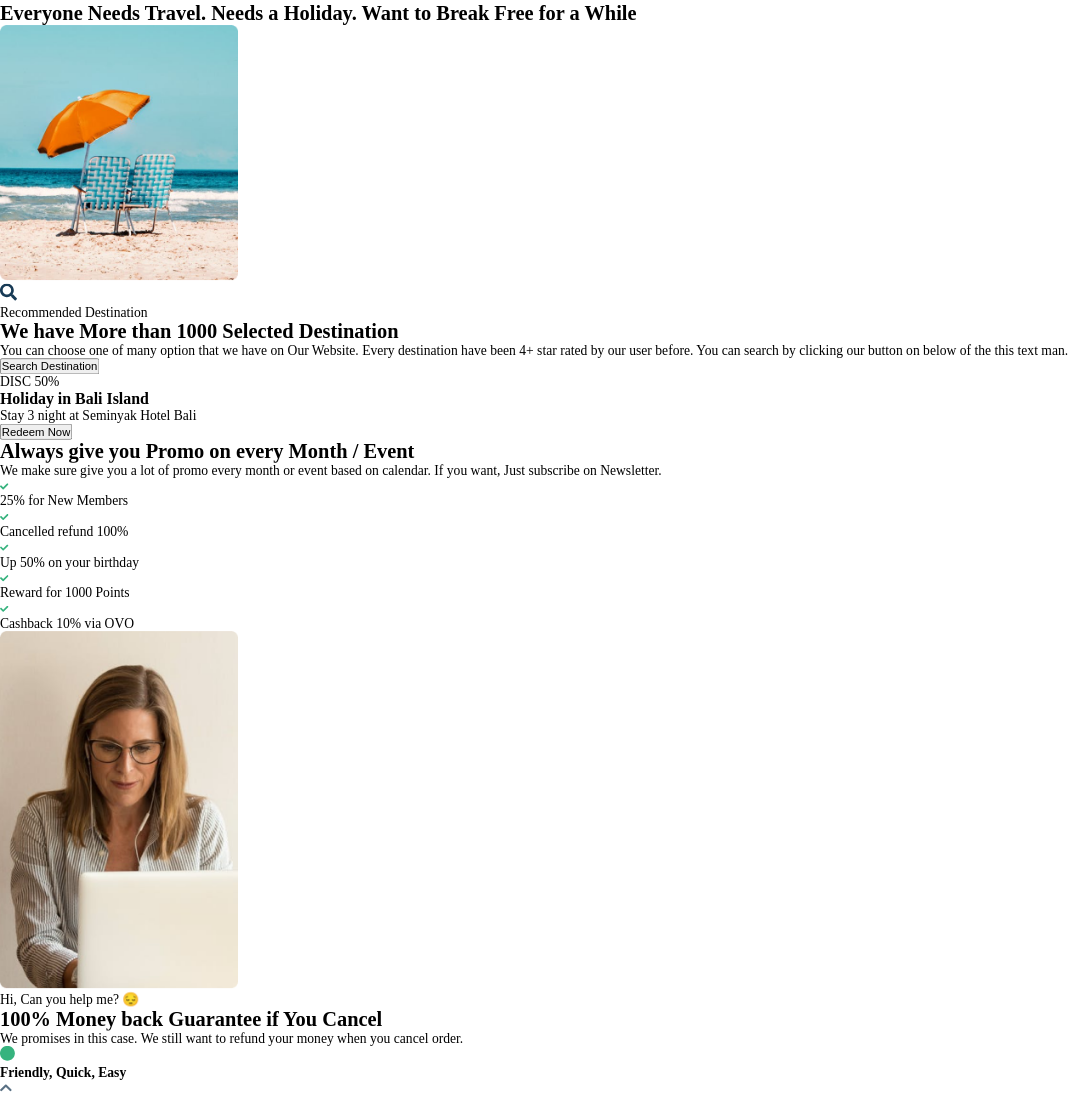
Repository: daviHmoraes/frontcomtailwind
Page: index.html
An editor plug-in stored every save of this project. The page is shown before and after the next save, followed by the edit.
The browser window is 1280 px wide. The pictures show the part of the page from y = 3904 to 5190 px (the page is 6351 px tall before and 6369 px after), at 85% of full size.
A picture or video elsewhere on the page could not be fetched, so the positions and the page height are approximate.

Above is the page before, as saved 2026-08-31 18:41:40.

### index.html
<!DOCTYPE html>
<html lang="en">
<head>
    <meta charset="UTF-8">
    <meta name="viewport" content="width=device-width, initial-scale=1.0">
    <title>Ehya - Home Page</title>
    <link rel="stylesheet" href="/css/style.css">
</head>
<body>

    <header>

        <section class="header">
            <img src="/img/Logo.svg" alt="Ehya Company Logo">
            <img src="/img/hamburguer-menu.svg" alt="Hamburguer menu Icon">
        </section>

        <section class="hero">

            <div class="hero-content">
                <h1>
                    Start Exploring to
                    Find Inner Peace
                    by Traveling
                </h1>

                <p>
                    Lost yourself with Vacation and
                    Travel into the place that you never
                    visit before. We have thousand
                    places in our database for you.
                </p>
            </div>

            <div class="form-card">

                <img src="/img/background-image.png" alt="Beach Background Image">

                <h2>
                    You can start search here
                </h2>

                <p>
                    Find thousand destination for travelling
                    with best prices. Apply “EHYA50” Code
                    on Payment Process.
                </p>

                <form>
                    <label for="where">Where</label><br>
                    <input type="text" id="where" name="where"><br>

                    <label for="checkin">Check In</label><br>
                    <input type="date" id="checkin" name="checkin"><br>

                    <label for="checkout">Check Out</label><br>
                    <input type="date" id="checkout" name="checkout"><br>

                    <label for="guests">Guests</label><br>
                    <input type="text" id="guests" name="guests"><br>

                    <input type="submit" id="submit">
                </form>
            </div>

            <img src="/img/circle.svg" alt="Circle Around the Arrow Icon">
            <img src="/img/south-arrow.svg" alt="South Pointing Arrow">

        </section>
    </header>

    <main>

        <section class="benefits">
            <h2>
                Travelya Benefit
                for User
            </h2>

            <p>
                We are self-service data analytics
                software that lets you create visually
                appealing data visualizations and
                insightful dashboards in minutes.
            </p>

            <div class="cards">
                <div class="card">
                    <img src="/img/card-icon/cheap-icon.svg" alt="Label Icon">

                    <div class="card-content">
                        <h3>
                            Cheap than Other
                        </h3>
                        <p>
                            Travelya is cheaper than other
                            travel agency.
                        </p>
                    </div>
                </div>

                <div class="card">
                    <img src="/img/card-icon/secure-icon.png" alt="Shield Icon">

                    <div class="card-content">
                        <h3>
                            Secure Payment
                        </h3>
                        <p>
                            You can pay your book without
                            doubt again.
                        </p>
                    </div>
                </div>

                <div class="card">
                    <img src="/img/card-icon/free-icon.svg" alt="AC Icon">

                    <div class="card-content">
                        <h3>
                            Free Amenities
                        </h3>
                        <p>
                            We guarantee you can give free amenities wherever
                            you are.
                        </p>
                    </div>
                </div>

                <div class="card">
                    <img src="/img/card-icon/top-icon.svg" alt="Crown Icon">

                    <div class="card-content">
                        <h3>
                            Top Rated
                        </h3>
                        <p>
                            Only show best destination
                            with 1000+ super review user
                        </p>
                    </div>
                </div>

                <div class="card">
                    <img src="/img/card-icon/best-icon.svg" alt="Medal Icon">

                    <div class="card-content">
                        <h3>
                            Best Offers
                        </h3>
                        <p>
                            Inform you about all best
                            offers for all destination
                        </p>
                    </div>
                </div>

                <div class="card">
                    <img src="/img/card-icon/easy-icon.svg" alt="Like Icon">

                    <div class="card-content">
                        <h3>
                            Easy Book
                        </h3>
                        <p>
                            Follow flow, Click, Pay. Wait.
                            Just wait e-ticket
                        </p>
                    </div>
                </div>

                <div class="card">
                    <img src="/img/card-icon/refund-icon.svg" alt="Hands Shell Icon">

                    <div class="card-content">
                        <h3>
                            Fast Refund
                        </h3>
                        <p>
                            If you canceled. We can refund
                            your money 1x12
                        </p>
                    </div>
                </div>

                <div class="card">
                    <img src="/img/card-icon/support-icon.svg" alt="Headphone Icon">

                    <div class="card-content">
                        <h3>
                            24/7 Support
                        </h3>
                        <p>
                            We’re ready help you anytime
                            and anywhere you are.
                        </p>
                    </div>
                </div>
            </div>
        </section>

        <section class="popular-destinations">
            <h2>
                Popular Destinations
            </h2>

            <div class="destinations">
                <div class="destination">
                    <img src="/img/destinations/venice.png" alt="Aerial Footage of Venice - Italy">
                    <h3>
                        Venice, Italy
                    </h3>
                    <p>
                        Travelling into the popular river in Italy
                    </p>
                    <button class="see-offers">
                        See Offers
                    </button>
                </div>

                <div class="destination">
                    <img src="/img/destinations/paris.png" alt="Aerial Footage of Paris - France">
                    <h3>
                        Paris, France
                    </h3>
                    <p>
                        Romance in popular world landmark
                    </p>
                    <button class="see-offers">
                        See Offers
                    </button>
                </div>

                <div class="destination">
                    <img src="/img/destinations/bali.png" alt="Aerial Footage of Bali - Indonesia">
                    <h3>
                        Bali, Indonesia
                    </h3>
                    <p>
                        See best sunset ver in the world
                    </p>
                    <button class="see-offers">
                        See Offers
                    </button>
                </div>

                <div class="destination">
                    <img src="/img/destinations/bali.png" alt="Aerial Footage of Santorini - Greece">
                    <h3>
                        Santorini, Greece
                    </h3>
                    <p>
                        Visit the 1000 Gods Country
                    </p>
                    <button class="see-offers">
                        See Offers
                    </button>
                </div>
            </div>

            <div class="see-offers">
                <a href="#">See All Offers</a>
                <img src="/img/east-arrow.svg" alt="East Pointing Arrow">
            </div>
        </section>

        <section class="about-travelya">
            <h3>
                ABOUT TRAVELYA
            </h3>

            <h2>
                Everyone Needs Travel. Needs a Holiday.
                Want to Break Free for a While
            </h2>

            <img src="/img/recommended-destination.png" alt="Beach Umbrella Footage">

            <div>
                <img src="/img/search.svg" alt="Search Bloom Icon">
                <p>Recommended Destination</p>
            </div>

            <h2>
                We have More than 1000
                Selected Destination
            </h2>

            <p>
                You can choose one of many option
                that we have on Our Website. Every
                destination have been 4+ star rated
                by our user before. You can search
                by clicking our button on below of
                the this text man.
            </p>

            <button class="search-destination">
                Search Destination
            </button>

            <div class="holiday-card">
                <span class="discount">DISC 50%</span>
                <h3>
                    Holiday in Bali Island
                </h3>
                <p>
                    Stay 3 night at Seminyak Hotel Bali
                </p>
                <button class="redeem-now">Redeem Now</button>
            </div>

            <div class="promo">
                <h2>
                    Always give you Promo
                    on every Month / Event
                </h2>
                <p>
                    We make sure give you a lot of
                    promo every month or event based
                    on calendar. If you want, Just
                    subscribe on Newsletter.
                </p>

                <div class="pros">
                    <img src="/img/pros-icon.svg" alt="Right Simbol Icon">
                    <p>25% for New Members</p>
                </div>

                <div class="pros">
                    <img src="/img/pros-icon.svg" alt="Right Simbol Icon">
                    <p>Cancelled refund 100%</p>
                </div>

                <div class="pros">
                    <img src="/img/pros-icon.svg" alt="Right Simbol Icon">
                    <p>Up 50% on your birthday</p>
                </div>

                <div class="pros">
                    <img src="/img/pros-icon.svg" alt="Right Simbol Icon">
                    <p>Reward for 1000 Points</p>
                </div>

                <div class="pros">
                    <img src="/img/pros-icon.svg" alt="Right Simbol Icon">
                    <p>Cashback 10% via OVO</p>
                </div>
            </div>
        </section>

        <section class="money-back">

            <div class="money-section-image">
                <img src="/img/money-back-image.png" alt="Woman Using The Computer">
                <div class="comment">Hi, Can you help me? 😔</div>
                <div class=""></div>
            </div>

            <h2>100% Money back
                Guarantee if You
                Cancel
            </h2>

            <p>
                We promises in this case. We still
                want to refund your money when
                you cancel order.
            </p>

            <div class="faqs">
                <div class="selected-faq">
                    <div class="faq-header">
                        <img src="/img/filled-green-circle.svg" alt="Filled Green Circle">
                        <h4>Friendly, Quick, Easy</h4>
                        <img src="/img/chevron-up.svg" alt="Chevron Pointing Up">
                    </div>
                    <p>
                        Business messaging that feels just
                        like the messenger apps you and
                        your customers use every day.
                    </p>
                </div>

                <div class="faq">
                    <div class="faq-header">
                        <img src="/img/empty-green-circle.svg" alt="Non-filled Green Circle">
                        <h4>Fast Response Answer</h4>
                        <img src="/img/chevron-down.svg" alt="Chevron Pointing Down">
                    </div>
                </div>

                <div class="faq">
                    <div class="faq-header">
                        <img src="/img/empty-green-circle.svg" alt="Non-filled Green Circle">
                        <h4>Money Back Guarantee</h4>
                        <img src="/img/chevron-down.svg" alt="Chevron Pointing Down">
                    </div>
                </div>
            </div>
        </section>

        <section class="reports">



        </section>

    </main>

    <footer>
        <div class="redirects">
            <article>
                <h3>Product</h3>
                <p>Landing page</p>
                <p>Features</p>
                <p>Documentation</p>
                <p>Referral Program</p>
                <p>Pricing</p>
            </article>

            <article>
                <h3>Services</h3>
                <p>Documentation</p>
                <p>Design</p>
                <p>Themes</p>
                <p>Illustrations</p>
                <p>UI Kit</p>
            </article>

            <article>
                <h3>Company</h3>
                <p>About</p>
                <p>Terms</p>
                <p>Privacy Policy</p>
                <p>Careers</p>
            </article>

            <article>
                <h3>More</h3>
                <p>Documentation</p>
                <p>License</p>
                <p>Changelog</p>
            </article>
        </div>

        <div class="footer-content">
            <img src="/img/logo.svg" alt="Logo da empresa Ehya">

            <p>
                Build a modern and creative website with crealand
            </p>

            <div class="contacts">
                <img src="/img/footer-icons/google.svg" alt="Redirect Contact Google icon">
                <img src="/img/footer-icons/twitter.svg" alt="Redirect Contact Twitter icon">
                <img src="/img/footer-icons/instagram.svg" alt="Redirect Contact Instagram icon">
                <img src="/img/footer-icons/linkedin.svg" alt="Redirect Contact Linkedin icon">
                <img src="/img/footer-icons/youtube.svg" alt="Redirect Contact Youtube icon">
            </div>

        </div>

    </footer>

</body>
</html>

### css/style.css
* {
    margin: 0;
    padding: 0;
    overflow-x: hidden;
}

After the next save:
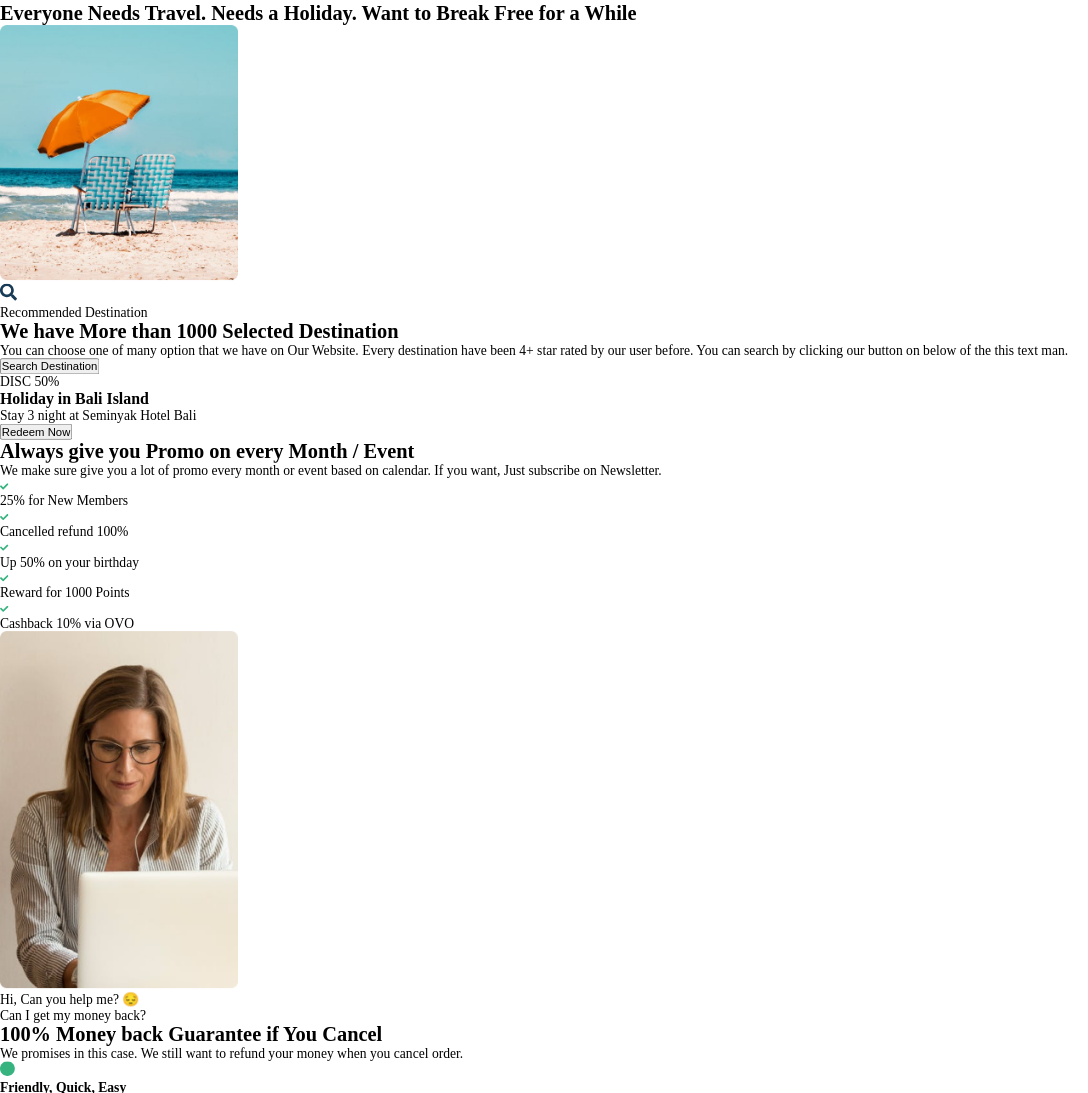
Saved 7 s later.
--- a/index.html
+++ b/index.html
@@ -354,7 +354,7 @@
             <div class="money-section-image">
                 <img src="/img/money-back-image.png" alt="Woman Using The Computer">
                 <div class="comment">Hi, Can you help me? 😔</div>
-                <div class=""></div>
+                <div class="comment">Can I get my money back?</div>
             </div>
 
             <h2>100% Money back
